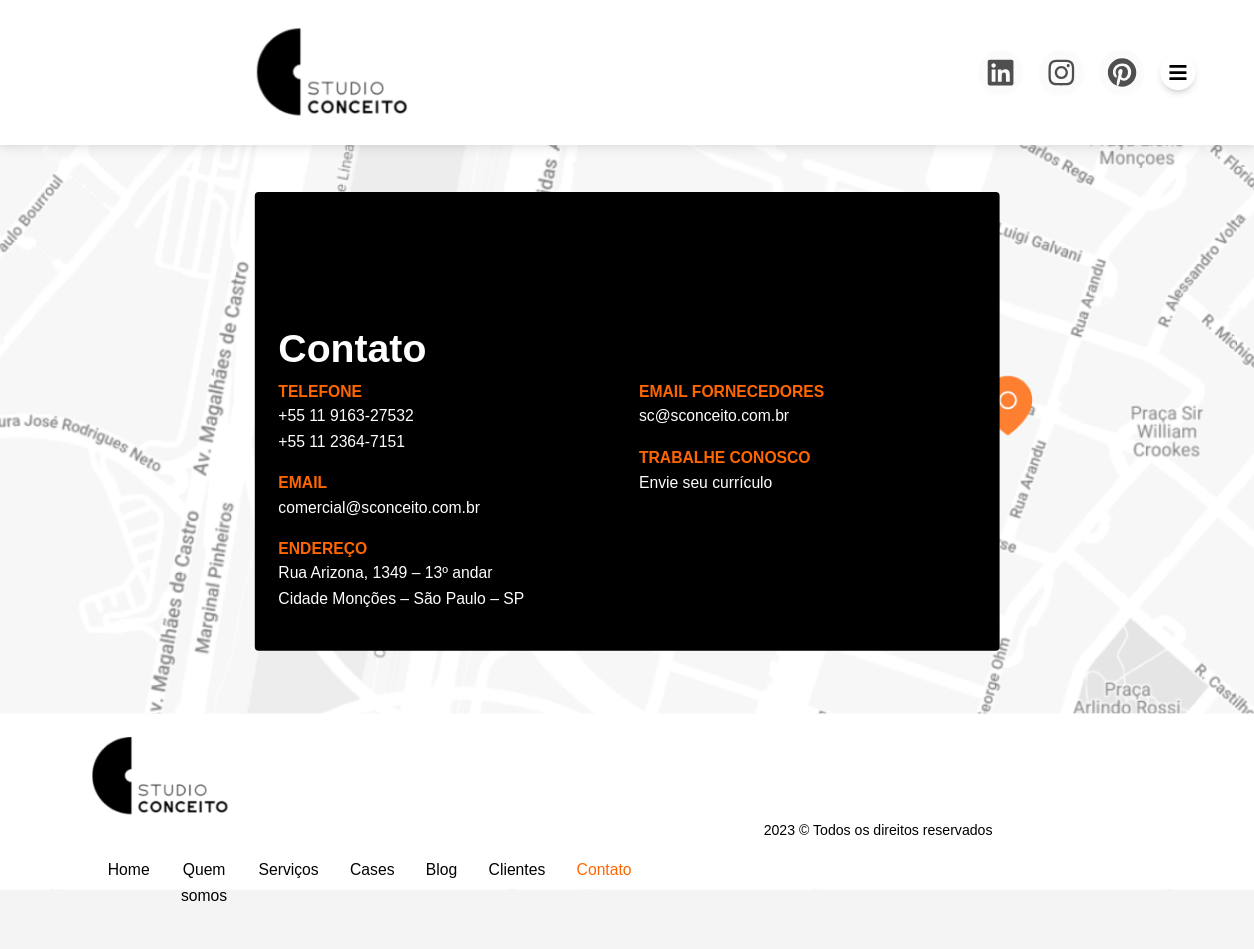
Repository: Upstairs-Agencia/studio-conceito-react
Page: /contato
These files come from the project's save history. The page is drawn as it stood at one moment and after the next save; the edit follows.
The browser window is 1280 px wide. The pictures show the whole page, at 98% of full size.
The project was rebuilt for these pictures with package versions that can differ from the ones it lists, and the page was loaded fresh each time. Also part of the build but not shown: src/pages/Home.js, src/pages/QuemSomos.js, src/pages/Servicos.js, src/pages/Cases.js, src/pages/Blog.js, src/pages/Clientes.js.

Above is the page before, as saved 2024-12-29 03:13:18.

### public/index.html
<!DOCTYPE html>
<html lang="en">
  <head>
    <meta charset="utf-8" />
    <link rel="icon" href="%PUBLIC_URL%/favicon.ico" />
    <meta name="viewport" content="width=device-width, initial-scale=1" />
    <meta name="theme-color" content="#000000" />
    <meta
      name="description"
      content="Web site created using create-react-app"
    />
    <link rel="apple-touch-icon" href="%PUBLIC_URL%/logo192.png" />
    <!--
      manifest.json provides metadata used when your web app is installed on a
      user's mobile device or desktop. See https://developers.google.com/web/fundamentals/web-app-manifest/
    -->
    <link rel="manifest" href="%PUBLIC_URL%/manifest.json" />
    <!--
      Notice the use of %PUBLIC_URL% in the tags above.
      It will be replaced with the URL of the `public` folder during the build.
      Only files inside the `public` folder can be referenced from the HTML.

      Unlike "/favicon.ico" or "favicon.ico", "%PUBLIC_URL%/favicon.ico" will
      work correctly both with client-side routing and a non-root public URL.
      Learn how to configure a non-root public URL by running `npm run build`.
    -->
    <title>Studio Conceito</title>
  </head>
  <body>
    <noscript>You need to enable JavaScript to run this app.</noscript>
    <div id="root"></div>
    <!--
      This HTML file is a template.
      If you open it directly in the browser, you will see an empty page.

      You can add webfonts, meta tags, or analytics to this file.
      The build step will place the bundled scripts into the <body> tag.

      To begin the development, run `npm start` or `yarn start`.
      To create a production bundle, use `npm run build` or `yarn build`.
    -->
  </body>
</html>

### src/index.js

import React from 'react';
import ReactDOM from 'react-dom';
import App from './App';
import 'mdb-react-ui-kit/dist/css/mdb.min.css'; // MDB styles
import './index.css'; // Global styles

ReactDOM.render(
  <React.StrictMode>
    <App />
  </React.StrictMode>,
  document.getElementById('root')
);

### src/App.js

import React from 'react';
import { BrowserRouter as Router, Routes, Route } from 'react-router-dom';
import Home from './pages/Home';
import QuemSomos from './pages/QuemSomos';
import Servicos from './pages/Servicos';
import Cases from './pages/Cases';
import Blog from './pages/Blog';
import Clientes from './pages/Clientes';
import Contato from './pages/Contato';

function App() {
  return (
    <Router>
      <Routes>
        <Route path="/" element={<Home />} />
        <Route path="/quem-somos" element={<QuemSomos />} />
        <Route path="/servicos" element={<Servicos />} />
        <Route path="/cases" element={<Cases />} />
        <Route path="/blog" element={<Blog />} />
        <Route path="/clientes" element={<Clientes />} />
        <Route path="/contato" element={<Contato />} />
      </Routes>
    </Router>
  );
}

export default App;

### src/index.css

body {
  margin: 0;
  font-family: Arial, sans-serif;
  background-color: #f4f4f4;
}

### src/pages/Contato.js
import React from "react";
import { MDBContainer, MDBRow, MDBCol } from "mdb-react-ui-kit";
import Navbar from "../components/navbar";
import Footer from "../components/footer";
import backgroundMap from "../images/ContactBg.png"; // Ajuste o caminho da imagem
import logoImage from "../images/logoBlack.png"; // Ajuste o caminho do logo

const ContactPage = () => {
  return (
    <div
      style={{
        backgroundImage: `url(${backgroundMap})`,
        backgroundSize: "cover",
        backgroundPosition: "center",
        minHeight: "100vh",
      }}
    >
      <Navbar />
      <MDBContainer className="text-white py-5">
        <MDBRow className="justify-content-center">
          <MDBCol md="8" className="bg-black p-4 rounded">
            <div className="text-center mb-4">
              <img src={logoImage} alt="Studio Conceito Logo" style={{ width: "150px" }} />
            </div>
            <h1><strong className="text-white mb-3" style={{textAlign: "left", marginTop: "-14rem"}}>Contato</strong></h1>
            <MDBRow>
              <MDBCol md="6" className="text-white">
                <p>
                  <strong style={{color: `#ff6600`}}>TELEFONE</strong>
                  <br />
                  +55 11 9163-27532
                  <br />
                  +55 11 2364-7151
                </p>
                <p>
                  <strong style={{color: `#ff6600`}}>EMAIL</strong>
                  <br />
                  comercial@sconceito.com.br
                </p>
                <p>
                  <strong style={{color: `#ff6600`}}>ENDEREÇO</strong>
                  <br />
                  Rua Arizona, 1349 – 13º andar
                  <br />
                  Cidade Monções – São Paulo – SP
                </p>
              </MDBCol>
              <MDBCol md="6" className="text-white">
                <p>
                  <strong style={{color: `#ff6600`}}> EMAIL FORNECEDORES</strong>
                  <br />
                  sc@sconceito.com.br
                </p>
                <p>
                  <strong style={{color: `#ff6600`}}>TRABALHE CONOSCO</strong>
                  <br />
                  Envie seu currículo
                </p>
              </MDBCol>
            </MDBRow>

          </MDBCol>
        </MDBRow>
      </MDBContainer>
      <Footer />
    </div>
  );
};

export default ContactPage;

### src/components/navbar.js
import React, { useState } from "react";

import Logo from "../images/logoBlack.png";

import {
  MDBNavbar,
  MDBNavbarBrand,
  MDBContainer,
} from "mdb-react-ui-kit";
import { FaLinkedin, FaInstagram, FaPinterest, FaBars } from "react-icons/fa";
import { IoIosClose } from "react-icons/io";
import { Link } from "react-router-dom";

import SeloGptw from "../images/selo-gptw.png";

const Navbar = () => {
  const [showMenu, setShowMenu] = useState(false);

  return (
    <>
      {/* Navbar */}
      <MDBNavbar dark bgColor="white" className="py-4 px-5">
        <MDBContainer fluid className="d-flex justify-content-between align-items-center">
          {/* Logo */}
          <MDBNavbarBrand href="#" className="ms-5">
            <img
              src={Logo}
              alt="Logo"
              style={{ maxHeight: "90px", marginLeft: "12vw"}}
            />
          </MDBNavbarBrand>

          {/* Social Icons and Menu Toggle */}
          <div className="d-flex align-items-center">
            {/* Social Icons */}
            <div className="d-flex gap-3 me-3">
              <button className="btn btn-light rounded-circle p-2">
                <FaLinkedin size={30} />
              </button>
              <button className="btn btn-light rounded-circle p-2">
                <FaInstagram size={30} />
              </button>
              <button className="btn btn-light rounded-circle p-2">
                <FaPinterest size={30} />
              </button>
            </div>

            {/* FaBars Icon for Sidebar */}
            <button
              className="btn rounded-circle p-2"
              style={{
                background: "none",
                border: "none",
                cursor: "pointer",
              }}
              onClick={() => setShowMenu(!showMenu)}
            >
              <FaBars size={20} color="black" />
            </button>
          </div>
        </MDBContainer>
      </MDBNavbar>

      {/* Sidebar Menu */}
      {showMenu && (
        <div
          className="position-fixed top-0 end-0 bg-white vh-100 vw-350 shadow-lg d-flex flex-column"
          style={{ zIndex: 1050, width: "500px" }}
        >
          <div className="d-flex justify-content-end p-3">
            {/* Close Button */}
            <button
              className="p-0"
              style={{
                background: "none",
                border: "none",
                cursor: "pointer",
              }}
              onClick={() => setShowMenu(false)}
            >
              <IoIosClose size={40} />
            </button>
          </div>





          <div className="p-4 flex-grow-1">
            {/* Menu Items */}
            <ul className="list-unstyled">
              {[
                { label: "Home", link: "/" },
                { label: "Quem somos", link: "/quem-somos" },
                { label: "Serviços", link: "/servicos" },
                { label: "Cases", link: "/cases" },
                { label: "Blog", link: "/blog" },
                { label: "Clientes", link: "/clientes" },
                { label: "Contato", link: "/contato" },
              ].map((item, index) => (
                <li key={index} className="py-2">
                  <Link
                    to={item.link}
                    className="text-decoration-none fs-6"
                    style={{
                      transition: "all 0.3s ease-in-out", // Transição suave
                      color:"black"
                    }}
                    onMouseOver={(e) => {
                      e.currentTarget.style.color = "#FF7F30"; // Altera a cor
                      e.currentTarget.style.fontWeight = "bold"; // Negrito
                    }}
                    onMouseOut={(e) => {
                      e.currentTarget.style.color = "black"; // Retorna à cor original
                      e.currentTarget.style.fontWeight = "normal"; // Retira o negrito
                    }}
                  >
                    {item.label}
                  </Link>
                </li>
              ))}
            </ul>
          </div>



          {/* Footer Section */}
          <div className="d-flex justify-content-between align-items-center px-4 pb-4">
            {/* Social Icons */}
            <div className="d-flex gap-3">
              <button className="btn btn-dark rounded-circle p-2">
                <FaLinkedin size={20} color="white" />
              </button>
              <button className="btn btn-dark rounded-circle p-2">
                <FaInstagram size={20} color="white" />
              </button>
              <button className="btn btn-dark rounded-circle p-2">
                <FaPinterest size={20} color="white" />
              </button>
            </div>

            {/* Placeholder Image */}
            <img
              src={SeloGptw}
              alt="Great Place to Work"
              style={{ maxHeight: "200px", marginBottom: "4rem" }}
            />
          </div>
        </div>
      )}
    </>
  );
};

export default Navbar;

### src/components/footer.js
import React from "react";
import { MDBFooter, MDBContainer, MDBRow, MDBCol } from "mdb-react-ui-kit";
import Logo from "../images/logoBlack.png";
import "../styles/footer.css";

const Footer = () => {
  return (
    <MDBFooter className="footer-container text-center text-white">
      <MDBContainer className="p-4 footer-content">

        <MDBRow className="content-signature">
            {/* Logo e Nome */}
            <MDBCol md="4" className="mb-4 footer-left">
                <img
                    src={Logo}
                    alt="Studio Conceito Logo"
                    className="footer-logo"
                />

                {/* Navegação */}
                <MDBCol md="4" className="mb-3 footer-center">
                    <nav className="footer-nav">
                        <a href="/">Home</a>
                        <a href="/quem-somos"> Quem somos </a>
                        <a href="/servicos">Serviços</a>
                        <a href="/cases">Cases</a>
                        <a href="/blog">Blog</a>
                        <a href="/clientes">Clientes</a>
                        <a href="/contato" className="footerHighlight">
                            Contato
                        </a>
                    </nav>
                </MDBCol>

            </MDBCol>

            {/* Direitos Reservados */}
            <MDBCol md="4" className="mb-4 footer-right">
                <p className="mb-0">2023 &copy; Todos os direitos reservados</p>
            </MDBCol>

        </MDBRow>



      </MDBContainer>
    </MDBFooter>
  );
};

export default Footer;

### src/styles/footer.css
.footer-container {
    background-color: white;
    height: 25vh !important; /* Ocupa 30% da altura da tela */
    display: flex;
    justify-content: center;
    align-items: center;
    color: black;
    font-family: Arial, sans-serif;
    margin: 1rem 0;
  }

  .footer-content {
    height: 100%; /* Garante que o conteúdo ocupe toda a altura do footer */
  }

  .content-signature{
    display: flex;
    flex-direction: row;
  }

  .footer-left {
    display: flex;
    flex-direction: column;
  }

  .footer-logo {
    max-width: 40%; /* Aumenta a imagem para 40% de seu tamanho */
    margin-bottom: 10px;
  }


  .footer-center {
    text-align: center;
    margin: 2rem 0;
  }

  .footer-nav{
    display: flex;
    flex-direction: row;
    justify-content: space-around;
    width:35vw;

  }

  .footerHighlight {
    color: #ff6600 !important;
  }

  .footer-nav a {
    margin: 1px 1rem;
    text-decoration: none;
    color: #000;
    font-size: 1rem;
    transition: color 0.3s ease;
  }

  .footer-nav a:hover {
    color: #ff6600;
  }



  .footer-right {
    text-align: center;
    display: flex;
    justify-content: center;
    align-items: center;
    margin-left: 20vw;
    font-size: 0.9rem;
    color: #000;
  }

After the next save:
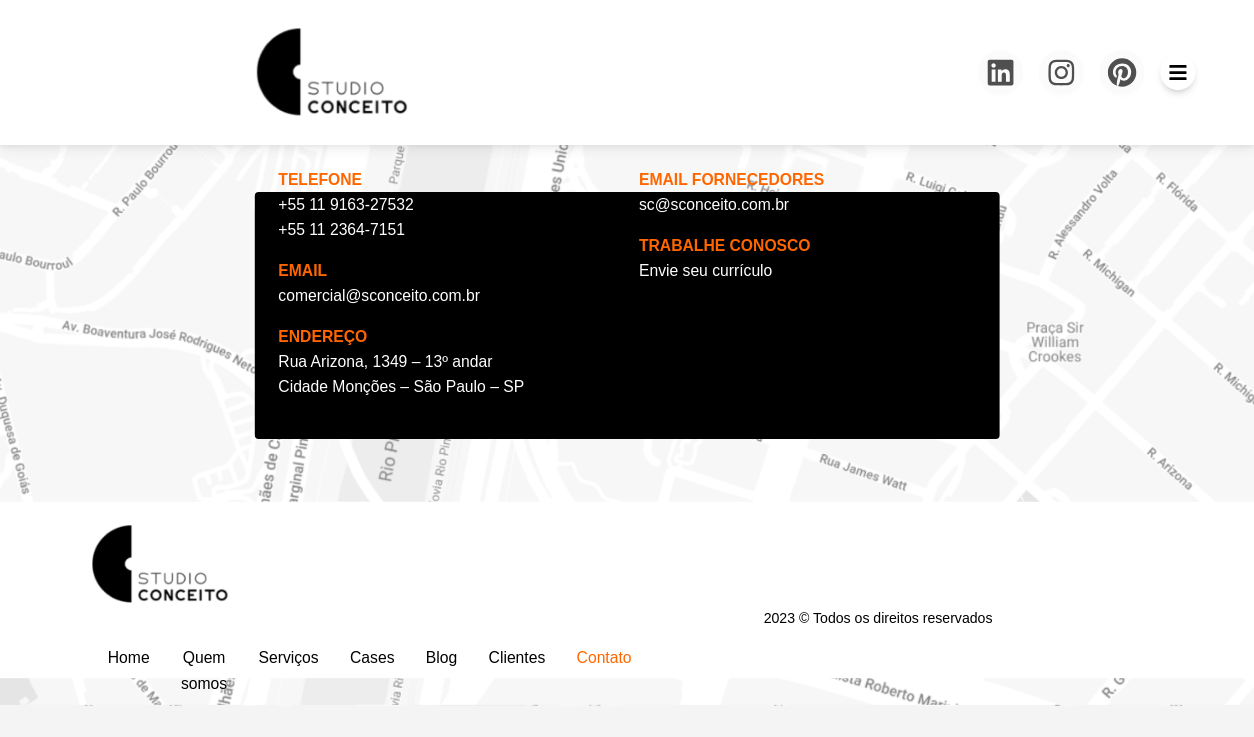
Saved 21 s later.
--- a/src/pages/Contato.js
+++ b/src/pages/Contato.js
@@ -22,7 +22,7 @@
             <div className="text-center mb-4">
               <img src={logoImage} alt="Studio Conceito Logo" style={{ width: "150px" }} />
             </div>
-            <h1><strong className="text-white mb-3" style={{textAlign: "left", marginTop: "-14rem"}}>Contato</strong></h1>
+            <h1><strong className="text-white mb-3" style={{textAlign: "left", display:"flex", marginTop: "-14rem"}}>Contato</strong></h1>
             <MDBRow>
               <MDBCol md="6" className="text-white">
                 <p>

After the save that followed:
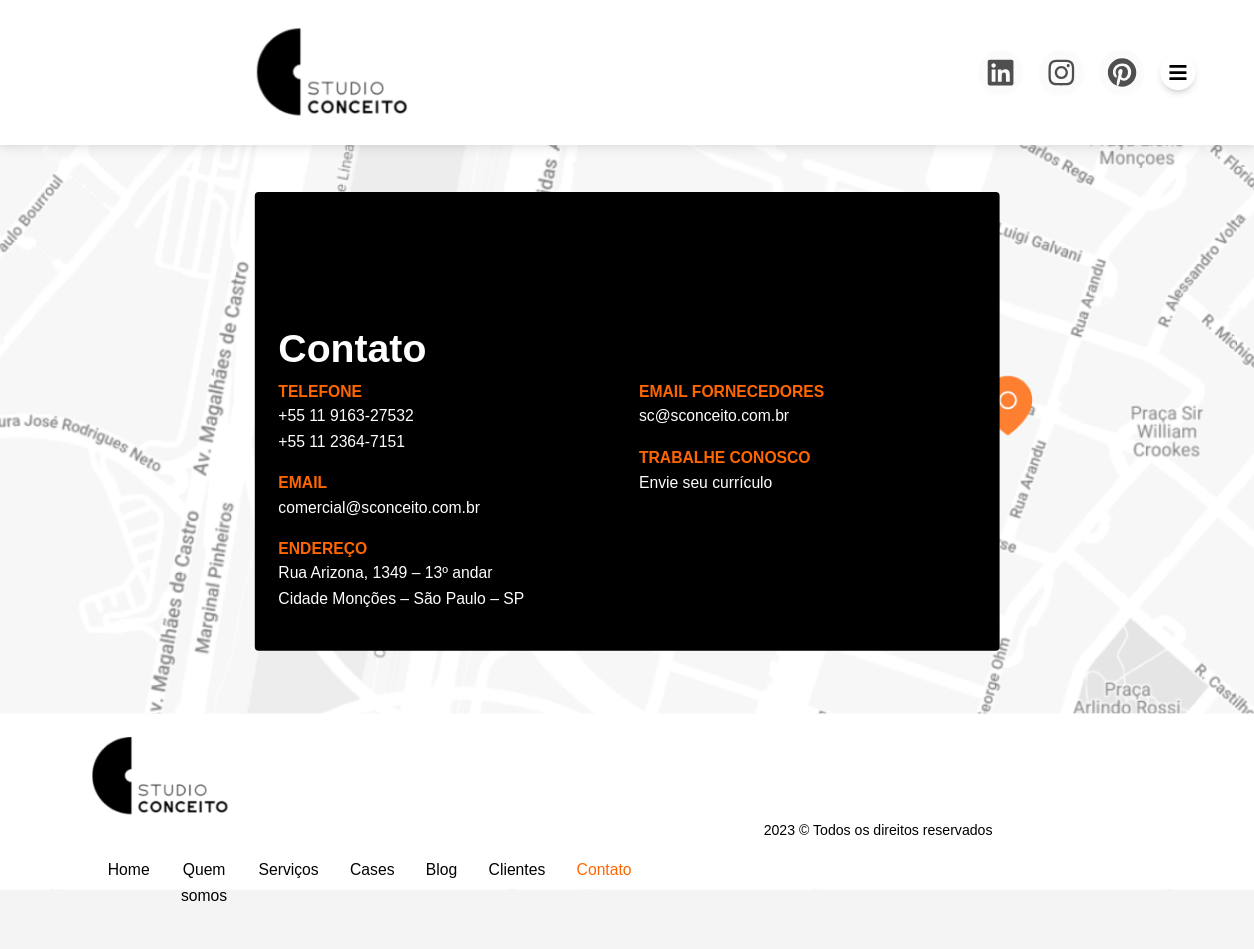
Saved 18 s later.
--- a/src/pages/Contato.js
+++ b/src/pages/Contato.js
@@ -22,7 +22,7 @@
             <div className="text-center mb-4">
               <img src={logoImage} alt="Studio Conceito Logo" style={{ width: "150px" }} />
             </div>
-            <h1><strong className="text-white mb-3" style={{textAlign: "left", display:"flex", marginTop: "-14rem"}}>Contato</strong></h1>
+            <h1><strong className="text-white mb-3" style={{textAlign: "left", marginTop: "-14rem"}}>Contato</strong></h1>
             <MDBRow>
               <MDBCol md="6" className="text-white">
                 <p>
